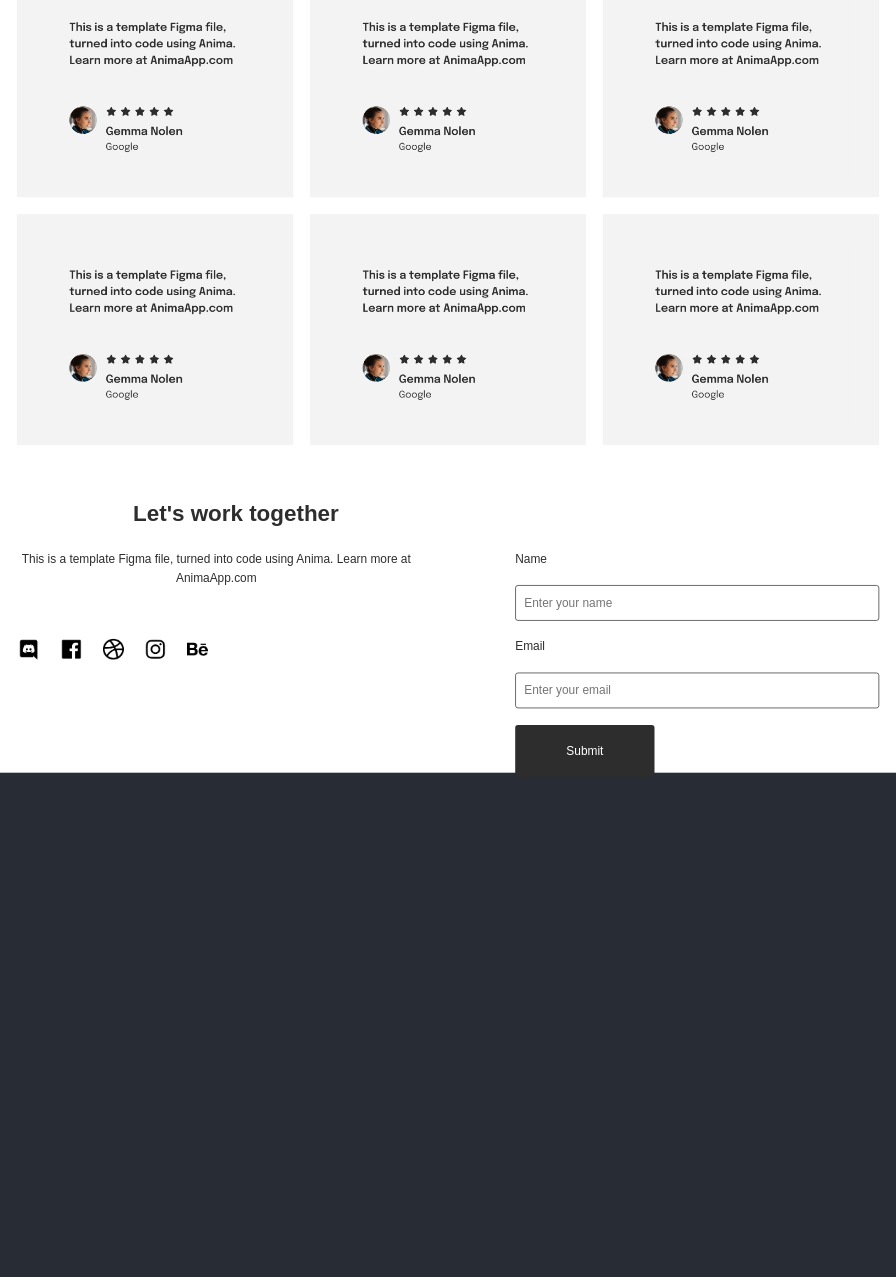
Repository: nida463/project-portofolio
Page: /
The author's editor kept a copy of each file at every save. The page is drawn from the files as they stood at one save, then again after a run of saves.
The browser window is 1280 px wide. The pictures show the part of the page from y = 2297 to 4217 px (the page is 4121 px tall before and 4217 px after), at 70% of full size.
The project was rebuilt for these pictures with package versions that can differ from the ones it lists, and the page was loaded fresh each time.

Above is the page before, as saved 2024-09-18 13:25:37.

### src/App.js
import React from 'react';
import './App.css';
import Navbar from './Components/Navbar';  // Mengimpor komponen Navbar
import Header from './Components/Header';  // Mengimpor komponen Header
import Logo from './Components/Logo';  // Mengimpor komponen Logo
import Skills from './Components/Skills';  // Mengimpor komponen Skills
import Gallery from './Components/Gallery';  // Import Gallery
import Testimonial from './Components/Testimonial'; // Import testimonial
import Contact from './Components/Contact'; // Pastikan path sesuai dengan lokasi Contact.js

function App() {
  return (
    <div className="App">
      <Navbar />  {/* Panggil komponen Navbar */}
      <Header />  {/* Panggil komponen Header */}
      <Logo />  {/* Panggil komponen Logo */}
      <Skills />  {/* Panggil komponen Skills */}
      <Gallery />  {/* Tambahkan komponen Gallery */}
      <Testimonial /> {/* Tambahkan Testimonial di bawah gallery */}
      <Contact/> {/* Tambahkan Testimonial di bawah gallery */}

      <header className="App-header">
      </header>
    </div>
  );
}

export default App;

### src/Components/Navbar.js
import React from 'react';
import './Navbar.css'; // Mengimpor file CSS untuk Navbar

const Navbar = () => {
  return (
    <nav className="navbar">
      {/* Logo di sebelah kiri */}
      <div className="logo">Logo</div>

      {/* Menu di sebelah kanan */}
      <div className="menu-items">
        <a href="#about">About</a>
        <a href="#work">Work</a>
        <a href="#contact">Contact</a>
      </div>
    </nav>
  );
};

export default Navbar;

### src/Components/Header.js
import React from 'react';
import './Header.css';  // Mengimpor CSS untuk styling

const Header = () => {
  return (
    <div className="header">
      <div className="header-content">
        <div className="title-subtitle">
          <h1>Branding | Image making</h1>
        </div>
        <div className="visual-designer">
          <h2>Visual Designer</h2>
        </div>
        <div className="additional-content">
          <p>This is a template Figma file, turned into code using Anima. Learn more at AnimaApp.com</p>
        </div>
        <button className="header-button">Contact</button>
      </div>
      <div className="header-image">
        <img src="/img/header.png" alt="Header Visual" />
      </div>
    </div>
  );
};

export default Header;

### src/Components/Logo.js
import React from 'react';
import './Logo.css';  // Mengimpor CSS untuk styling

const Logo = () => {
  return (
    <div className="logo-bar">
      <div className="logo">
        <img src="/img/Google.png" alt="Google Logo" />
      </div>
      <div className="logo">
        <img src="/img/Nike.png" alt="Nike Logo" />
      </div>
      <div className="logo">
        <img src="/img/Samsung.png" alt="Samsung Logo" />
      </div>
      <div className="logo">
        <img src="/img/Apple.png" alt="Apple Logo" />
      </div>
      <div className="logo">
        <img src="/img/Adidas.png" alt="Adidas Logo" />
      </div>
    </div>
  );
};

export default Logo;

### src/Components/Skills.js
import React from 'react';
import './Skills.css';

const Skills = () => {
  return (
    <div className="skills-section">
      <div className="skills-container">
        {/* Skill Card 1 */}
        <div className="skills-card">
          <div className="skills-icon">
            <img src="/img/Productimage.png" alt="Product Design Icon" />
          </div>
          <div className="skills-content">
            <h3 className="skills-title">Productimage</h3>
            <p className="skills-subtitle">
              This is a template Figma file, turned into code using Anima. Learn more at AnimaApp.com
            </p>
          </div>
        </div>

        {/* Skill Card 2 */}
        <div className="skills-card">
          <div className="skills-icon">
            <img src="/img/VisualDesign.png" alt="Visual Design Icon" />
          </div>
          <div className="skills-content">
            <h3 className="skills-title">Visual Design</h3>
            <p className="skills-subtitle">
              Designing visuals for digital interfaces with creativity and precision.
            </p>
          </div>
        </div>

        {/* Skill Card 3 */}
        <div className="skills-card">
          <div className="skills-icon">
            <img src="/img/ArtDirection.png" alt="Art Direction Icon" />
          </div>
          <div className="skills-content">
            <h3 className="skills-title">Art Direction</h3>
            <p className="skills-subtitle">
              Guiding visual creativity for compelling visual narratives.
            </p>
          </div>
        </div>
      </div>
    </div>
  );
};

export default Skills;

### src/Components/Gallery.js
import React from 'react';
import './Gallery.css';

const Gallery = () => {
  return (
    <div className="gallery-container">
      <h2 className="latest-work">Latest work</h2> {/* Judul di atas gallery */}
      <div className="gallery-section">
        {[
          { id: 1, title: 'Project title ', subtitle: 'UI, Art Direction', image: '/img/Image1.png' },
          { id: 2, title: 'Project title ', subtitle: 'UI, Art Direction', image: '/img/Image2.png' },
          { id: 3, title: 'Project title ', subtitle: 'UI, Art Direction', image: '/img/Image3.png' },
          { id: 4, title: 'Project title ', subtitle: 'UI, Art Direction', image: '/img/Image4.png' },
          { id: 5, title: 'Project title ', subtitle: 'UI, Art Direction', image: '/img/Image5.png' },
          { id: 6, title: 'Project title ', subtitle: 'UI, Art Direction', image: '/img/Image6.png' }
        ].map((item) => (
          <div key={item.id} className="gallery-card">
            <img src={item.image} alt={item.title} className="gallery-image" />
            <div className="gallery-text">
              <h3>{item.title}</h3> {/* Title per card */}
              <p>{item.subtitle}</p> {/* Subtitle per card */}
            </div>
          </div>
        ))}
      </div>
    </div>
  );
};

export default Gallery;

### src/Components/Testimonial.js
import React from 'react';
import './Testimonial.css';

const Testimonial = () => {
  return (
    <div className="testimonial-section">
      <h2 className="testimonial-title">Testimonial</h2>
      <div className="testimonial-cards">
        {[...Array(6)].map((_, index) => (
          <div key={index} className="testimonial-card">
            <img src="img/testimonial.png" alt="Testimonial" className="testimonial-image" />
          </div>
        ))}
      </div>
    </div>
  );
};

export default Testimonial;

### src/Components/Contact.js
import React from 'react';
import './Contact.css'; // Pastikan CSS diimpor

const Contact = () => {
  return (
    <section className="contact-section">
      <h2 className="contact-title">Let's work together</h2>
      <div className="contact-content">
        {/* Contact Info */}
        <div className="contact-info">
          <p className="contact-description">
            This is a template Figma file, turned into code using Anima. Learn more at AnimaApp.com
          </p>
          <div className="social-links">
            <img src="/img/discord.png" alt="Discord" className="social-icon" />
            <img src="/img/facebook.png" alt="Facebook" className="social-icon" />
            <img src="/img/dribble.png" alt="Dribble" className="social-icon" />
            <img src="/img/instagram.png" alt="Instagram" className="social-icon" />
            <img src="/img/behance.png" alt="Behance" className="social-icon" />
          </div>
        </div>
        {/* Contact Form */}
        <div className="contact-form">
          <label htmlFor="name">Name</label>
          <input type="text" id="name" name="name" placeholder="Enter your name" />
          <label htmlFor="email">Email</label>
          <input type="email" id="email" name="email" placeholder="Enter your email" />
          <button className="contact-button" type="submit">Submit</button>
        </div>
      </div>
    </section>
  );
};

export default Contact;

### src/Components/Navbar.css
/* Navigation Bar */
.navbar {
  display: flex;
  flex-direction: row;
  justify-content: space-between;
  align-items: center;
  padding: 24px 42px;
  gap: 24px;
  width: 1280px;
  height: 78px;
  background: #FFFFFF;
}

/* Logo di kiri */
.logo {
  width: 49px;
  height: 30px;
  font-family: 'Epilogue', sans-serif;
  font-style: normal;
  font-weight: 600;
  font-size: 20px;
  line-height: 30px;
  color: #2D2D2D;
  display: flex;
  align-items: center;
  /* Menambahkan margin kiri untuk jarak dari tepi kiri */
  margin-left: 40px; /* Atur nilai sesuai kebutuhan */
}

/* Menu Items di kanan */
.menu-items {
  display: flex;
  flex-direction: row;
  justify-content: flex-end;
  align-items: center;
  gap: 24px;
  width: auto; /* Menyesuaikan lebar menu items secara otomatis */
  height: 27px;
}

/* Link untuk setiap menu item */
.menu-items a {
  font-size: 18px;
  font-weight: 400;
  color: #000000;
  text-decoration: none;
}

.menu-items a:hover {
  color: #444444;
}

### src/Components/Header.css
/* General styles for the header */
.header {
    width: 1280px; /* Fill width */
    height: auto; /* Hug height */
    padding: 42px 24px;
    display: flex;
    justify-content: space-between; /* Content and image on both ends */
    gap: 68px;
    background-color: #FFFFFF;
    opacity: 1;
  }

  /* Header content styling */
  .header-content {
    width: 620px; /* Fixed width for content */
    height: auto; /* Hug height */
    display: flex;
    flex-direction: column;
    gap: 48px;
  }

  /* Title and Subtitle styling */
  .title-subtitle {
    width: 620px;
    height: 30px;
    font-family: Epilogue, sans-serif;
    font-size: 20px;
    font-weight: 600;
    line-height: 30px;
    text-align: left;
  }

  .visual-designer {
    width: 620px;
    font-family: Epilogue, sans-serif;
    font-size: 68px;
    font-weight: 600;
    line-height: 69.7px;
    text-align: left;
  }

  .additional-content {
    width: 620px;
    font-family: Epilogue, sans-serif;
    font-size: 17px;
    font-weight: 400;
    text-align: left;
  }

  /* Button styling */
  .header-button {
    padding: 24px 64px;
    font-family: Epilogue, sans-serif;
    font-size: 20px;
    font-weight: 600;
    text-align: center;
    background-color: #2D2D2D;
    color: #FFFFFF;
    border: none;
    cursor: pointer;
    width: 211px;
    height: 78px;
  }

  .header-button:hover {
    background-color:
      #444444;
  }

  /* Header image styling */
  .header-image {
    width: 480px;
    height: 360px;
  }

  .header-image img {
    width: 100%;
    height: 100%;
    object-fit: cover;
  }

### src/Components/Logo.css
/* Logo Bar */
.logo-bar {
    display: flex;
    flex-direction: row;
    flex-wrap: wrap;
    justify-content: space-between;
    align-items: center;
    align-content: flex-start;
    padding: 42px 68px;
    gap: 68px 86px;

    width: 1280px;
    height: 130.83px;

    background: #FFFFFF;
  }

  /* Styling untuk setiap logo */
  .logo {
    display: flex;
    justify-content: center;
    align-items: center;
    width: auto;
    height: auto;
    padding: 0px; /* Tidak ada padding di dalam logo */
  }

  /* Ukuran spesifik untuk logo */
  .logo img {
    width: 116.07px;
    height: 38.21px;
    object-fit: contain; /* Menjaga aspek rasio gambar */
  }

### src/Components/Skills.css
/* Section styling */
.skills-section {
    display: flex;
    flex-direction: column;
    align-items: center;
    padding: 42px 24px;
    gap: 42px;
    width: 1280px;
    height: auto;
    background: #FFFFFF;
  }

  .section-title {
    font-size: 32px;
    font-weight: 700;
  }

  /* Cards container styling */
  .skills-container {
    display: flex;
    flex-wrap: wrap;
    align-items: flex-start;
    gap: 24px;
    width: 1232px;
    height: 429px;
  }

  /* Individual card styling */
  .skills-card {
    display: flex;
    flex-direction: column;
    justify-content: center;
    align-items: center;
    padding: 64px 42px;
    gap: 42px;
    width: 394.67px;
    height: 429px;
    background: #FFFFFF;
    box-shadow: 0px 4px 16px rgba(0, 0, 0, 0.1);
    border-radius: 8px;
  }

  /* Icon styling */
  .skills-icon img {
    width: 124px;
    height: 124px;
    object-fit: contain;
  }

  /* Title styling */
  .skills-title {
    font-size: 24px;
    font-weight: 600;
    text-align: center;
  }

  /* Subtitle styling */
  .skills-subtitle {
    font-size: 16px;
    text-align: center;
  }

### src/Components/Gallery.css
/* Container untuk Gallery */
.gallery-container {
    display: flex;
    flex-direction: column;
    align-items: center;
    padding: 0;
    gap: 32px; /* Jarak antara judul dan gallery */
    width: 100%;
}

/* Latest work */
.latest-work {
    width: 191px;
    height: 42px;
    font-family: 'Epilogue';
    font-style: normal;
    font-weight: 600;
    font-size: 32px;
    line-height: 42px;
    text-align: center;
    color: #2D2D2D;
}

/* Gallery Section */
.gallery-section {
    display: flex;
    flex-direction: row;
    flex-wrap: wrap;
    justify-content: space-between;
    align-items: flex-start;
    padding: 0px;
    gap: 24px;
    width: 1232px;
    height: auto;
}

/* Gallery Card */
.gallery-card {
    display: flex;
    flex-direction: column;
    align-items: flex-start;
    padding: 0px;
    gap: 24px;
    width: 394.67px;
    height: 419px;
    flex: none;
    order: 0;
    flex-grow: 1;
}

/* Gallery Image */
.gallery-image {
    width: 100%;
    height: auto;
    object-fit: cover;
}

/* Title & Description */
.gallery-text {
    display: flex;
    flex-direction: column;
    align-items: flex-start;
    padding: 0px;
    gap: 8px;
    width: 394.67px;
    height: 65px;
    flex: none;
    order: 1;
    align-self: stretch;
    flex-grow: 0;
}

/* Project Title */
.gallery-text h3 {
    width: 394.67px;
    height: 30px;
    font-family: 'Epilogue';
    font-style: normal;
    font-weight: 600;
    font-size: 20px;
    line-height: 30px;
    color: #2D2D2D;
}

/* Subtitle */
.gallery-text p {
    width: 394.67px;
    height: 27px;
    font-family: 'Epilogue';
    font-style: normal;
    font-weight: 400;
    font-size: 17px;
    line-height: 27px;
    color: #2D2D2D;
}

### src/Components/Testimonial.css
/* Testimonial Section */
.testimonial-section {
    display: flex;
    flex-direction: column;
    align-items: center;
    padding: 42px 24px;
    gap: 42px;
    width: 1280px;
    height: 852px;
    background: #FFFFFF;
    flex: none;
    order: 5;
    align-self: stretch;
    flex-grow: 0;
}

/* Testimonial Title */
.testimonial-title {
    width: 186px;
    height: 42px;
    font-family: 'Epilogue';
    font-style: normal;
    font-weight: 600;
    font-size: 32px;
    line-height: 42px;
    text-align: center;
    color: #2D2D2D;
    flex: none;
    order: 0;
    flex-grow: 0;
}

/* Cards Section */
.testimonial-cards {
    display: flex;
    flex-direction: row;
    flex-wrap: wrap;
    align-items: flex-start;
    align-content: flex-start;
    padding: 0px;
    gap: 24px;
    width: 1232px;
    height: 684px;
    flex: none;
    order: 1;
    align-self: stretch;
    flex-grow: 0;
}

/* Testimonial Card */
.testimonial-card {
    display: flex;
    flex-direction: column;
    align-items: flex-start;
    padding: 42px;
    gap: 68px;
    width: 394.67px;
    min-width: 320px;
    height: 330px;
    background: #F3F3F3;
    flex: none;
    order: 0;
    flex-grow: 1;
}

/* Testimonial Image */
.testimonial-image {
    width: 100%;
    height: auto;
    object-fit: cover;
}

/* Testimonial Text */
.testimonial-text {
    font-family: 'Epilogue';
    font-style: normal;
    font-weight: 400;
    font-size: 17px;
    line-height: 27px;
    color: #2D2D2D;
    flex: none;
    order: 1;
    align-self: stretch;
    flex-grow: 0;
}

### src/Components/Contact.css
/* Contact Section */
.contact-section {
    display: flex;
    flex-direction: column;
    align-items: flex-start;
    padding: 42px 24px 86px;
    gap: 24px;
    width: 100%;
    max-width: 1280px;
    background: #FFFFFF;
}

/* Lets work together */
.contact-title {
    width: 626px;
    height: 42px;
    font-family: 'Epilogue', sans-serif;
    font-style: normal;
    font-weight: 600;
    font-size: 32px;
    line-height: 42px;
    color: #2D2D2D;
}

/* Contact Content */
.contact-content {
    display: flex;
    flex-direction: row;
    flex-wrap: wrap;
    align-items: flex-start;
    align-content: flex-start;
    padding: 0px;
    gap: 42px 142px;
    width: 1232px;
    height: 232px;
}

/* Contact Info */
.contact-info {
    display: flex;
    flex-direction: column;
    align-items: flex-start;
    padding: 0px;
    gap: 42px;
    width: 570px;
    min-width: 320px;
    height: 159px;
}

/* Contact Description */
.contact-description {
    width: 570px;
    height: 81px;
    font-family: 'Epilogue', sans-serif;
    font-style: normal;
    font-weight: 400;
    font-size: 17px;
    line-height: 27px;
    color: #2D2D2D;
}

/* Social Links */
.social-links {
    display: flex;
    flex-direction: row;
    align-items: flex-start;
    padding: 0px;
    gap: 24px;
    width: 570px;
    height: auto;
}

.social-icon {
    width: 36px;
    height: 36px;
}

/* Contact Form */
.contact-form {
    display: flex;
    flex-direction: column;
    align-items: flex-start;
    padding: 0px;
    gap: 24px;
    width: 520px;
    min-width: 320px;
    max-width: 520px;
    height: 232px;
}

.contact-form label {
    font-family: 'Epilogue', sans-serif;
    font-style: normal;
    font-weight: 400;
    font-size: 17px;
    color: #2D2D2D;
}

.contact-form input {
    width: 100%;
    padding: 12px;
    border: 1px solid #2D2D2D;
    border-radius: 4px;
    font-family: 'Epilogue', sans-serif;
    font-size: 17px;
}

.contact-button {
    display: flex;
    flex-direction: row;
    justify-content: center;
    align-items: center;
    padding: 24px 64px;
    gap: 10px;
    width: 199px;
    height: 78px;
    background: #2D2D2D;
    color: #FFFFFF;
    border: none;
    border-radius: 4px;
    font-family: 'Epilogue', sans-serif;
    font-size: 17px;
    cursor: pointer;
}

.contact-button:hover {
    background: #1a1a1a;
}

Loaded but not shown: public/index.html (common file); src/index.js (common file); src/index.css (common file); src/reportWebVitals.js (common file); src/App.css (common file)

After the next 2 saves:
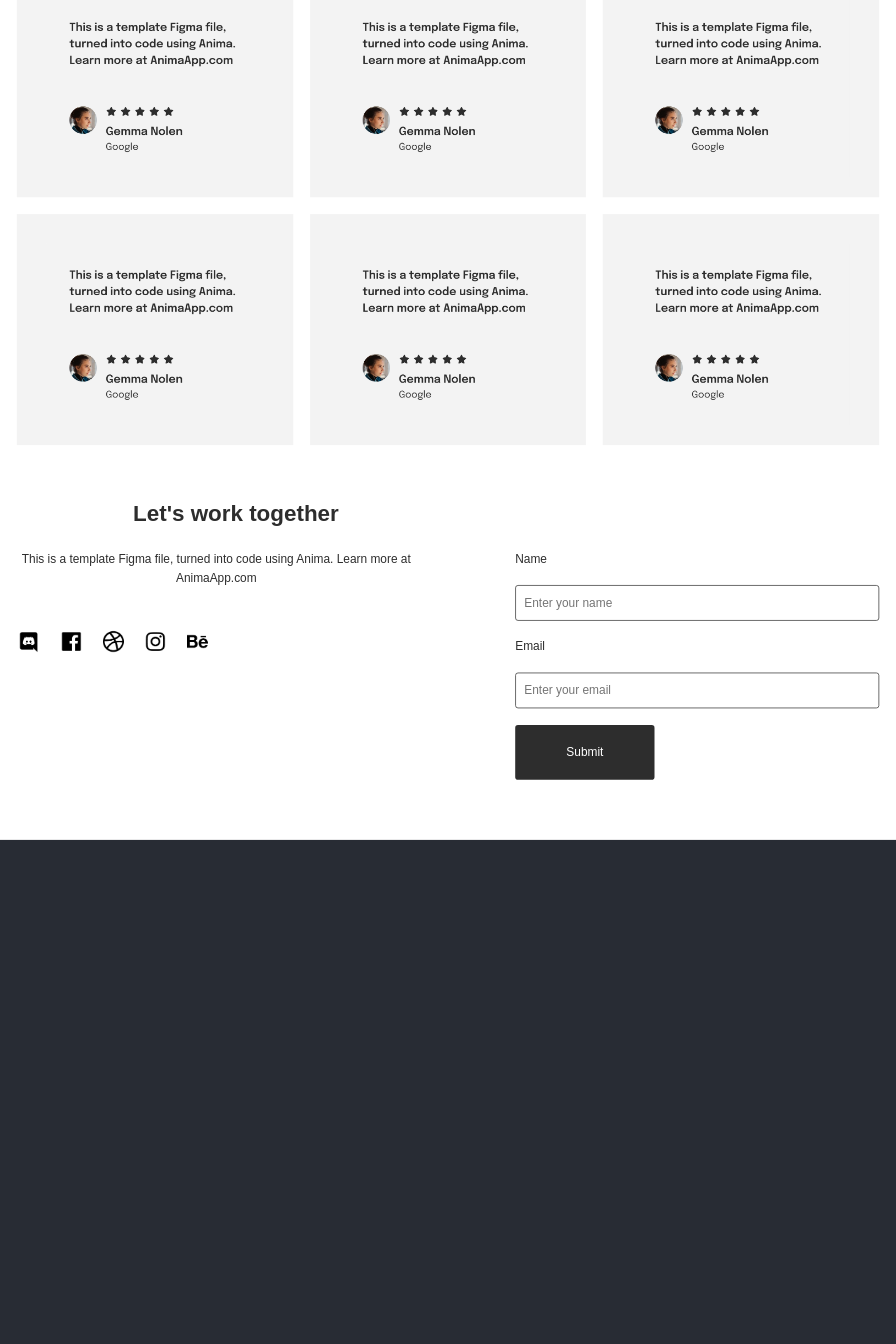
The 2 saves are shown as one change because they came seconds apart.
The last was saved 9 min 3 s later.
--- a/src/Components/Contact.css
+++ b/src/Components/Contact.css
@@ -7,13 +7,14 @@
     gap: 24px;
     width: 100%;
     max-width: 1280px;
-    background: #FFFFFF;
+    background: #FFFFFF; /* Pastikan background adalah putih */
+    margin: 0 auto; /* Center the section */
 }
 
 /* Lets work together */
 .contact-title {
     width: 626px;
-    height: 42px;
+    height: auto; /* Ubah height menjadi auto */
     font-family: 'Epilogue', sans-serif;
     font-style: normal;
     font-weight: 600;
@@ -31,8 +32,9 @@
     align-content: flex-start;
     padding: 0px;
     gap: 42px 142px;
-    width: 1232px;
-    height: 232px;
+    width: 100%; /* Menggunakan 100% untuk menyesuaikan dengan kontainer */
+    max-width: 1232px;
+    height: auto; /* Ubah height menjadi auto */
 }
 
 /* Contact Info */
@@ -44,13 +46,13 @@
     gap: 42px;
     width: 570px;
     min-width: 320px;
-    height: 159px;
+    height: auto; /* Ubah height menjadi auto */
 }
 
 /* Contact Description */
 .contact-description {
     width: 570px;
-    height: 81px;
+    height: auto; /* Ubah height menjadi auto */
     font-family: 'Epilogue', sans-serif;
     font-style: normal;
     font-weight: 400;
@@ -67,7 +69,7 @@
     padding: 0px;
     gap: 24px;
     width: 570px;
-    height: auto;
+    height: auto; /* Ubah height menjadi auto */
 }
 
 .social-icon {
@@ -82,10 +84,9 @@
     align-items: flex-start;
     padding: 0px;
     gap: 24px;
-    width: 520px;
-    min-width: 320px;
+    width: 100%; /* Menggunakan 100% untuk menyesuaikan dengan kontainer */
     max-width: 520px;
-    height: 232px;
+    height: auto; /* Ubah height menjadi auto */
 }
 
 .contact-form label {
